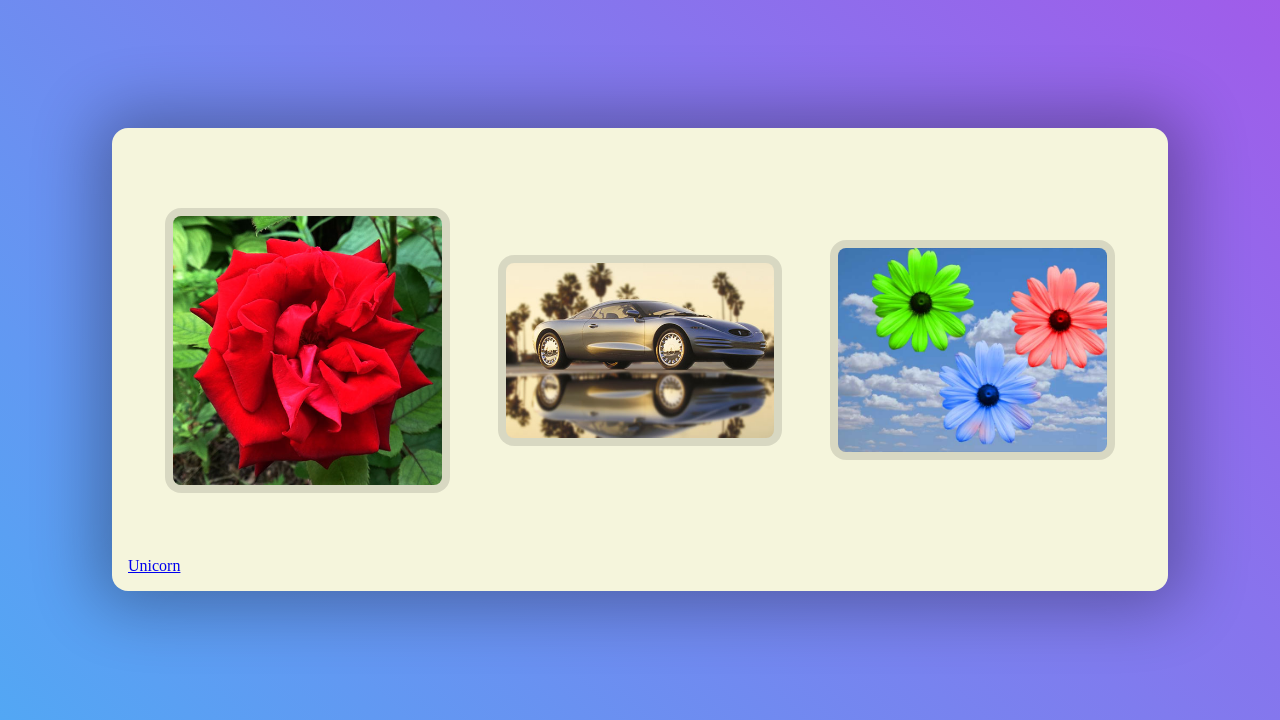
Repository: ViggoSkj/VGY
Page: ovningar/photoshopovning/photoshopovning.html
An editor plug-in stored every save of this project. The page is shown before and after the next save, followed by the edit.
The browser window is 1280 px wide. The pictures show the whole page.

Above is the page before, as saved 2022-11-27 12:18:38.

After the next save:
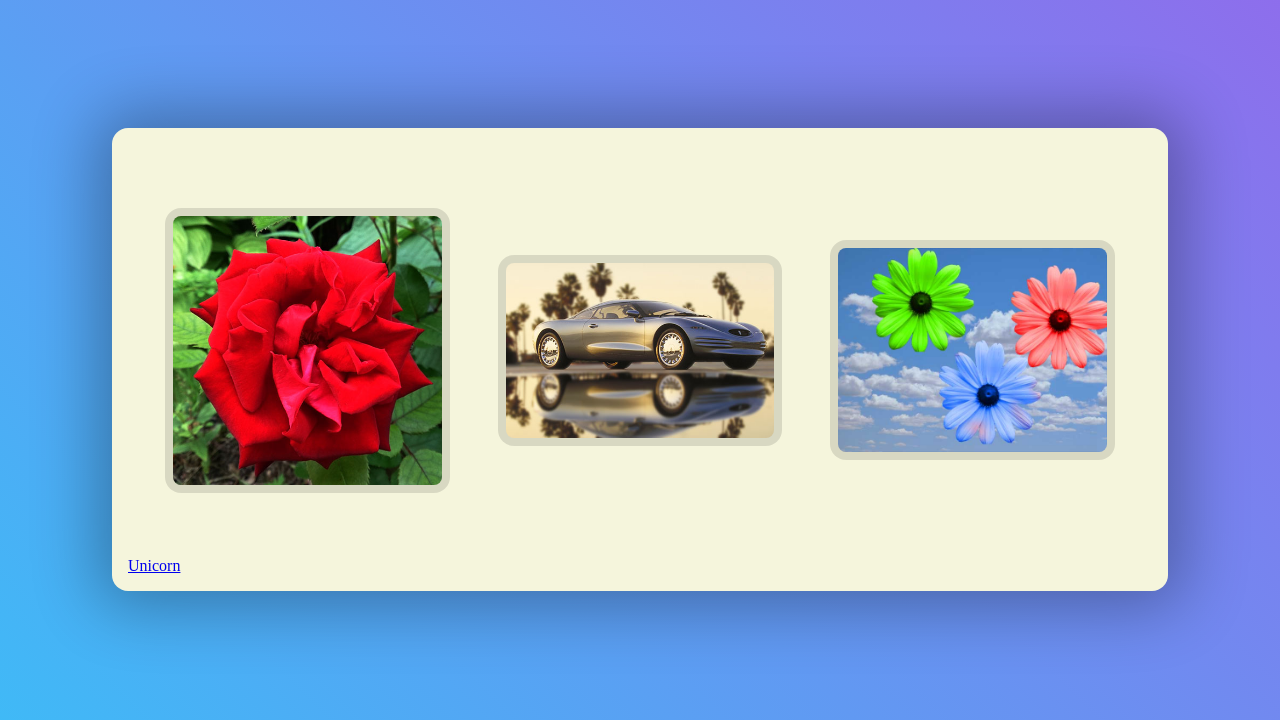
Saved 16 s later.
--- a/ovningar/photoshopovning/public/css/style.css
+++ b/ovningar/photoshopovning/public/css/style.css
@@ -12,8 +12,8 @@ body
 
 @keyframes rotating
 {
-    from {background-position-x: -10em;}
-    to {background-position-x: -30em;}
+    from {background-position-x: -50%em;}
+    to {background-position-x: -0%em;}
 }
 
 .container
